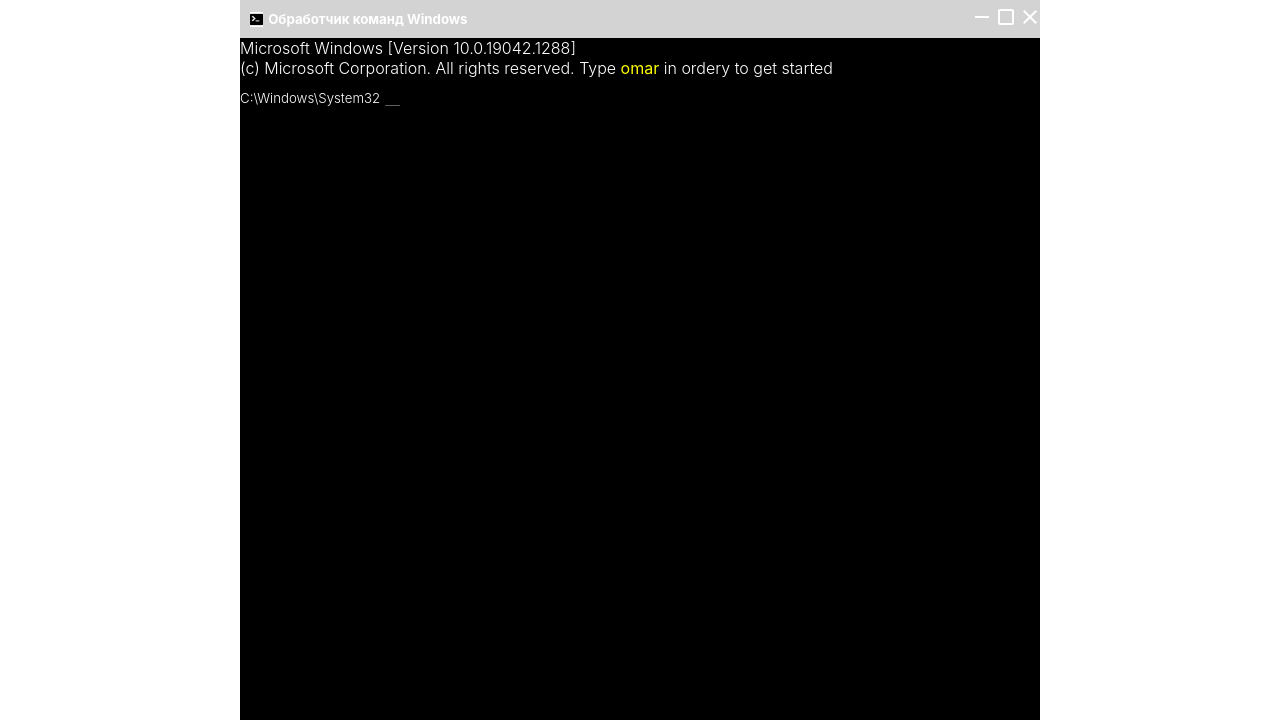
Repository: om1ars/cmd-port
Page: /, after clicking the first element matching `div.right > :nth-child(2)`
These files come from the project's save history. The page is drawn as it stood at one moment and after the next save; the edit follows.
The browser window is 1280 px wide. The pictures show the whole page.
The project was rebuilt for these pictures with package versions that can differ from the ones it lists, and the page was loaded fresh each time.

Above is the page before, as saved 2021-11-04 15:54:41.

### src/App.js
import { Close, CropSquare, Remove } from "@material-ui/icons";
import { useState } from "react";
import cmd from "./assets/cdm3.png";
import "./styles.css";

function App() {
  const [state, setState] = useState("");
  const [stateSecond, setStateSecond] = useState("");
  const [omar, setOmar] = useState("");
  const [please, setPlease] = useState("");
  const [port, setPort] = useState("");
  const [about, setAbout] = useState("");
  const [exit, setExit] = useState("");
  const [shrink, setShrink] = useState(false);

  console.log(state);

  const handleSubmit = (e) => {
    e.preventDefault();
    setState("");
  };

  const handleSubmitSecond = (e) => {
    e.preventDefault();
    setStateSecond("");
  };

  const handleClick = () => {
    if (state === "omar") {
      setOmar("omar");
      setPlease("");
    } else if (state === "") {
      setPlease("Please type something otherwise you can not see anything");
      setOmar("");
    }
  };
  const handleClickSecond = () => {
    if (stateSecond === "exit") {
      setExit("exited");
      setAbout("");
      setPort("");
    } else if (stateSecond === "port") {
      setPort("port");
      setAbout("");
      setExit("");
    } else if (stateSecond === "about") {
      setPort("about");
      setAbout("");
      setExit("");
    }
  };

  const handleShrink = () => {
    setShrink(!shrink);
  };

  return (
    <div className={`App__container ${shrink && `shrink`}`}>
      <div className="App__navbar">
        <div className="left">
          <img src={cmd} />
          <h5>Обработчик команд Windows</h5>
        </div>
        <div className="right">
          <Remove />
          <CropSquare onClick={handleShrink} />
          <Close />
        </div>
      </div>
      <div className="app__context">
        <p>
          Microsoft Windows [Version 10.0.19042.1288] <br /> (c) Microsoft
          Corporation. All rights reserved. Type <span> omar </span> in ordery
          to get started
        </p>
        <h5>
          C:\Windows\System32
          <form onSubmit={handleSubmit}>
            <input
              value={state}
              onChange={(e) => setState(e.target.value)}
              type="text"
              placeholder="__"
            />
            <button type="submit" onClick={handleClick}></button>
          </form>
        </h5>
        {please && <h1>{please}</h1>}
        {omar && (
          <div className="second__layer">
            <h1>My name is Omar and I am a Fullstack Developer</h1>
            <p>
              Type <span>port</span> to get my portfolio
            </p>
            <p>
              Type <span>about</span> to get about me
            </p>
            <p>
              Type <span>exit</span> to quit
            </p>
            <h5>
              C:\Windows\System32
              <form onSubmit={handleSubmitSecond}>
                <input
                  value={stateSecond}
                  onChange={(e) => setStateSecond(e.target.value)}
                  type="text"
                  placeholder="__"
                />
                <button type="submit" onClick={handleClickSecond}></button>
              </form>
            </h5>
          </div>
        )}
        {port && <p className="">{port}</p>}
        {about && <p className="">{about}</p>}
        {exit && <p className="">{exit}</p>}
      </div>
    </div>
  );
}

export default App;

### src/styles.css
.App__container {
  background-color: black;
  min-height: 100vh;
  color: white;
  overflow-x: hidden;
  overflow-y: scroll;
}
.App__navbar {
  /* height: 25px; */
  width: 99%;
  padding-right: 25px;
  background-color: lightgray;
  padding-left: 10px;
  padding-top: 5px;
  display: flex;
  padding-bottom: 5px;
  align-items: center;
}
.App__navbar > h5 {
  color: black;
}
.left {
  display: flex;
  align-items: center;
}
.left > img {
  height: 15px;
  margin-right: 5px;
  object-fit: contain;
}

.app__context > p {
  font-weight: 300;
}
.app__context > h5 {
  margin-top: 12px;
  font-weight: 300;
  margin-right: 5px;
}

input {
  border: none;
  outline: none;
  width: 80%;
  background-color: black;
}
input {
  color: yellow;
  margin-left: 3px;
}
button {
  display: none;
}
.app__context > h5 {
  display: flex;
}
.app__context > p > span {
  color: yellow;
  font-weight: 400;
}
.App__navbar {
  display: flex;
  align-items: center;
  justify-content: space-between;
}
.please {
  color: yellow;
  font-weight: 400;
}

.second__layer {
  display: flex;
  flex-direction: column;
}
.second__layer > p > span {
  color: yellow;
  font-weight: 400;
  margin-bottom: 10px;
}

.second__layer > h5 {
  margin-top: 25px;
}
.shrink {
  width: 800px;
  height: 400px;
  margin: auto;
}

Loaded but not shown: public/index.html (common file); src/index.js (common file); src/index.css (common file)

After the next save:
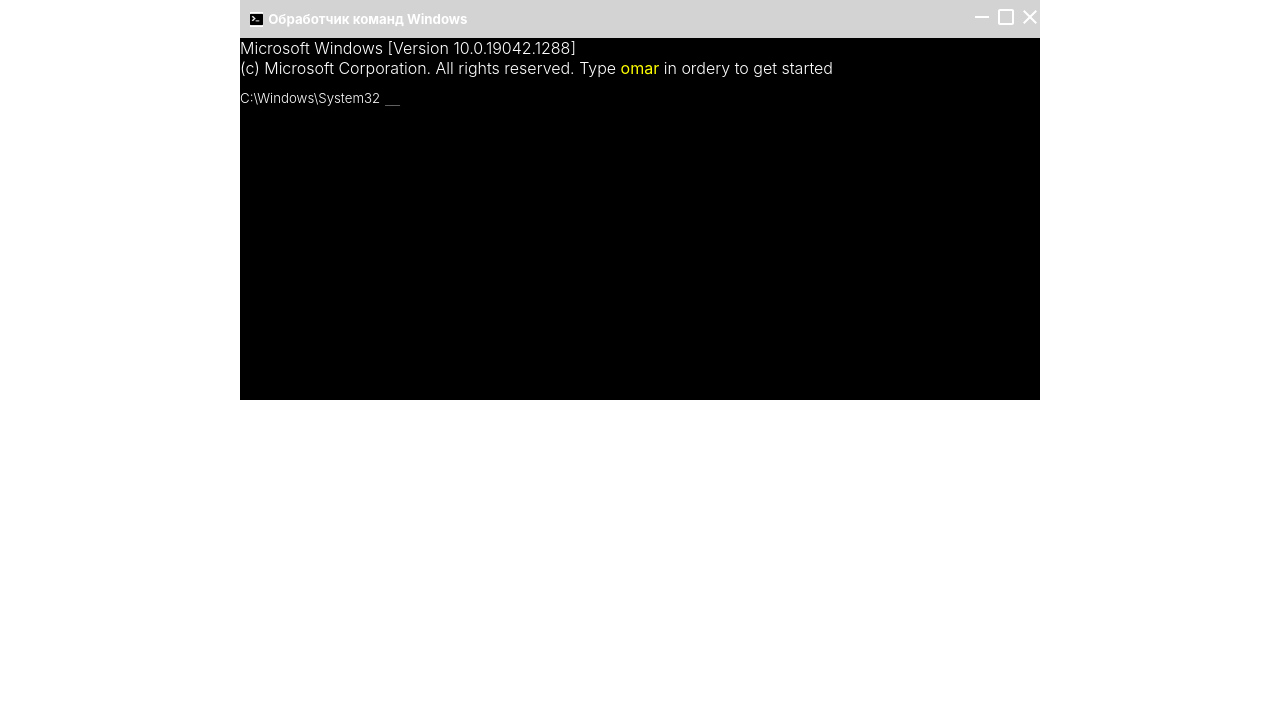
Saved 12 s later.
--- a/src/styles.css
+++ b/src/styles.css
@@ -83,6 +83,6 @@
 }
 .shrink {
   width: 800px;
-  height: 400px;
+  min-height: 400px;
   margin: auto;
 }
